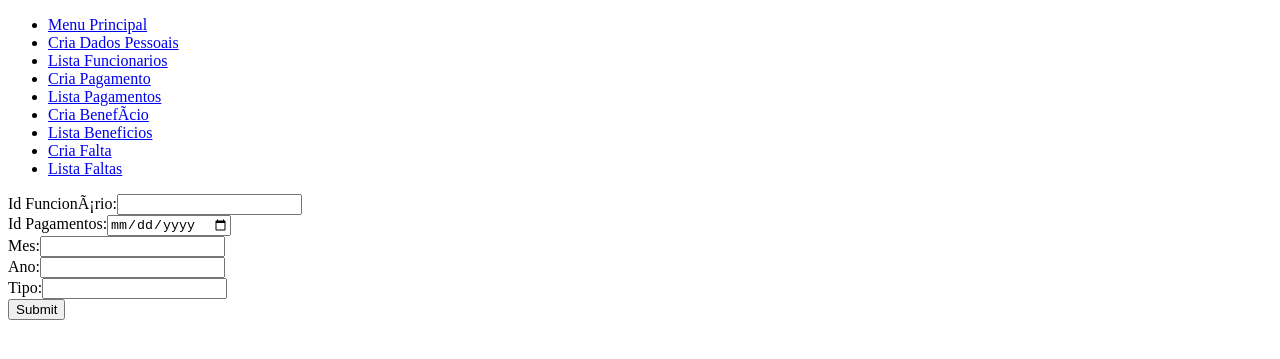
Repository: engcarlosrosa/big_data_proj
Page: rhcontroller/WebContent/cria_pagamentos.html
The author's editor kept a copy of each file at every save. The page is drawn from the files as they stood at one save, then again after the next save.
The browser window is 1280 px wide. The pictures show the whole page.

Above is the page before, as saved 2018-09-06 13:41:12.

After the next save:
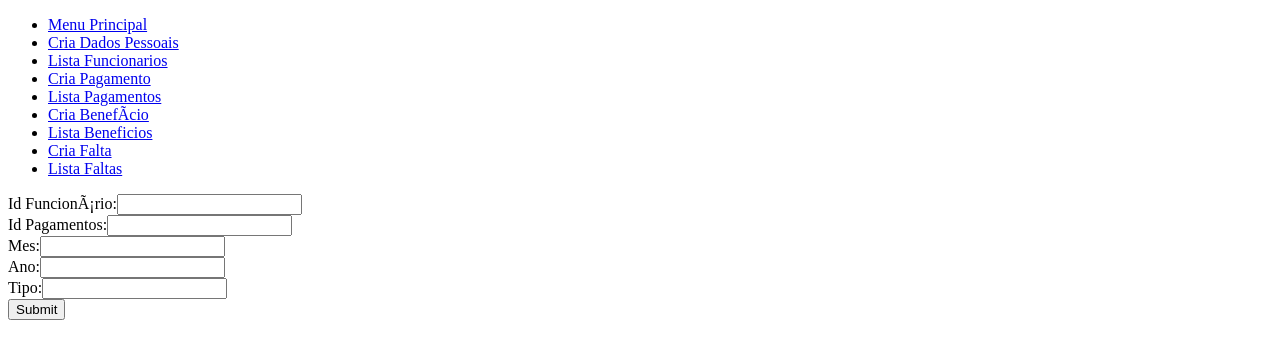
Saved 8 min 51 s later.
--- a/rhcontroller/WebContent/cria_pagamentos.html
+++ b/rhcontroller/WebContent/cria_pagamentos.html
@@ -20,7 +20,7 @@
 <form action="ServiceAdicionaPagamentos" method="post">
     Id Funcionário:<input name="id_funcionario" type="text" >
     <br>
-    Id Pagamentos:<input name="id_falta" type="date" >
+    Id Pagamentos:<input name="id_falta" type="text" >
     <br>
     Mes:<input name="mes" type="text" >
     <br>
